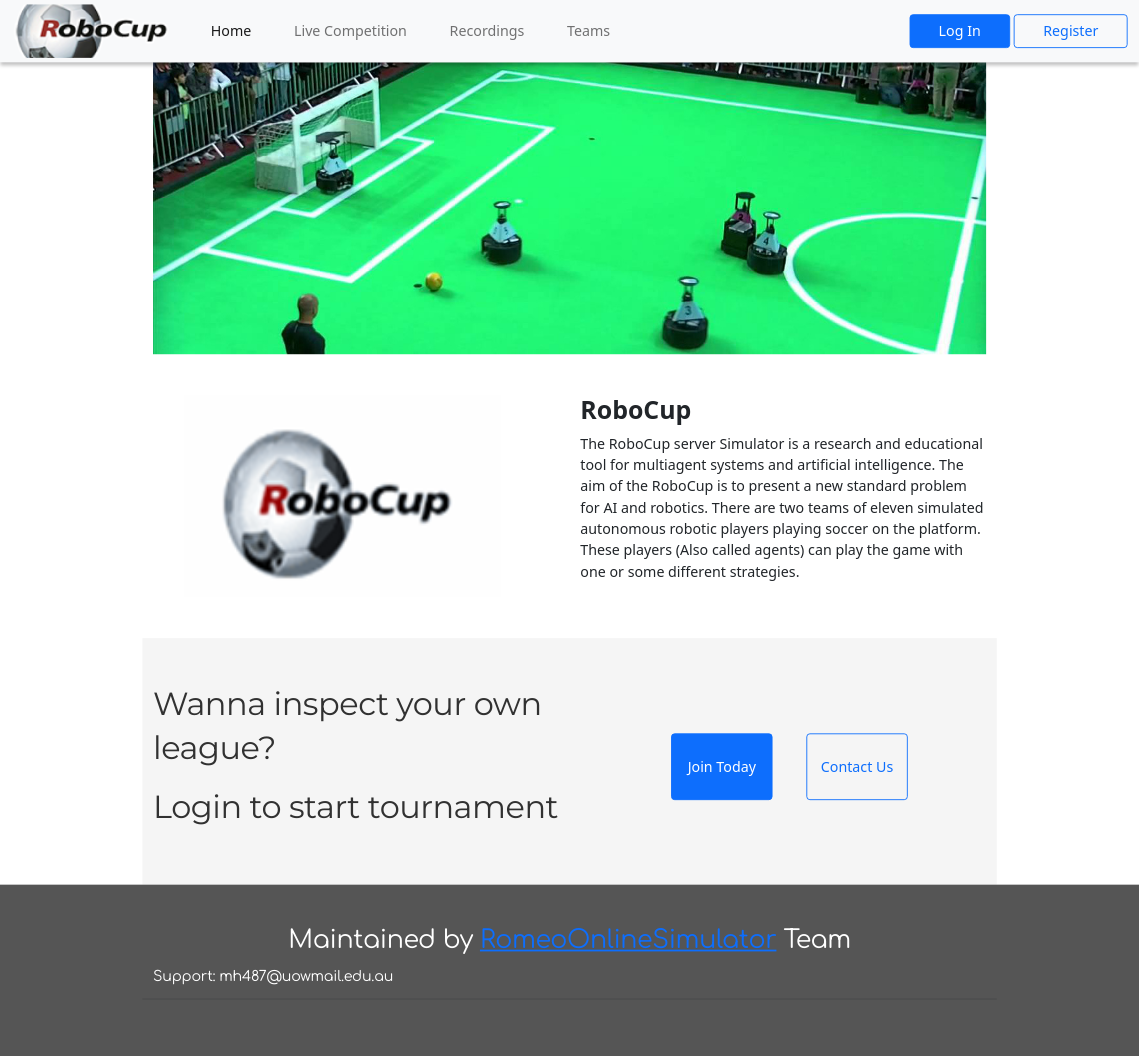
Repository: romeoonlinesim/romeoonlinesim.github.io
Page: index.html
An editor plug-in stored every save of this project. The page is shown before and after the next save, followed by the edit.
The browser window is 1280 px wide. The pictures show the whole page, at 89% of full size.

Above is the page before, as saved 2021-05-18 15:16:26.

### index.html
<!DOCTYPE html PUBLIC "-//W3C//DTD XHTML 1.0 Strict//EN"
"http://www.w3.org/TR/xhtml1/DTD/xhtml1-strict.dtd">
<html xmlns="http://www.w3.org/1999/xhtml">
<head>
<title>Robocup</title>
    <meta http-equiv="content-type" content="text/html; charset=iso-8859-1" />
    <link href="https://cdn.jsdelivr.net/npm/bootstrap@5.0.1/dist/css/bootstrap.min.css" rel="stylesheet" integrity="sha384-+0n0xVW2eSR5OomGNYDnhzAbDsOXxcvSN1TPprVMTNDbiYZCxYbOOl7+AMvyTG2x" crossorigin="anonymous">
    <link rel="stylesheet"
          href="https://fonts.googleapis.com/css?family=Montserrat">

    <link rel="stylesheet"
          href="https://fonts.googleapis.com/css?family=Comfortaa">


    <style>
        .navbar {
            padding-left:1%;
            padding-right:1%;
            padding-top: 0%;
            padding-bottom:0%;
            box-shadow: 0px 4px 4px rgba(0, 0, 0, 0.25);
        }

        .navbar-nav > li{
            padding-left:16px;
            padding-right:16px;
        }

        .navbar-right > a {
            padding-left:32px;
            padding-right:32px;
        }

        .background-img {
            max-width: 100%;
            height: auto;
        }

        /*.img {
            max-width: 50%;
            height:auto;
        }*/

        .text {
            align-items: center;
            display:grid;
            grid-row-gap: 0%;
        }

        h3 {
            font-weight: bold;
        }

        .para {
            font-family: Montserrat;
            font-style: normal;
            font-weight: normal;
            font-size: 36px;
            line-height: 50px;
            /* or 139% */

            letter-spacing: -0.015em;

            color: rgba(0, 0, 0, 0.8);
        }

        .row {
            padding-bottom: 5%;
        }

        .right {
            text-align: right;
            float: right;
        }

        .grey {
            background: #F5F5F5;
        }

        .container-fluid {
            max-width: 75%;
        }

        .footer {
            background: #555555;
        }

        .support-text {

            font-family: Comfortaa;
            font-style: normal;
            font-weight: normal;
            font-size: 28.4444px;
            line-height: 32px;

            align-items: center;
            text-align: center;
            letter-spacing: -0.015em;

            color: #FFFFFF;
        }

        .support-email {
            font-family: Comfortaa;
            font-style: normal;
            font-weight: normal;
            font-size: 16px;
            line-height: 18px;
            display: flex;
            align-items: center;
            text-align: center;
            letter-spacing: -0.015em;

            color: #FFFFFF;
        }
    </style>
</head>

<body>
    <div class="navbar navbar-expand-lg navbar-light bg-light">
        <a href="#default" class = "navbar-brand">
            <img src="img/logo.png">
        </a>
        <div class="collapse navbar-collapse" id="navbarSupportedContent">
            <ul class="navbar-nav mr-auto">
                <li class="nav-item">
                    <a class="nav-link active" href="#home">Home</a>
                </li>
                <li class="nav-item">
                    <a class="nav-link" href="#livecompetition">Live Competition</a>
                </li>
                <li class="nav-item">
                    <a class="nav-link" href="#recording">Recordings</a>
                </li>
                <li class="nav-item">
                    <a class="nav-link" href="#team">Teams</a>
                </li>
            </ul>
        </div>
        <div class="navbar-right">
            <a href="#login" class="btn btn-primary">Log In</a>
            <a href="#register" class="btn btn-outline-primary">Register</a>
        </div>
    </div>

    <div class="container-fluid">
        <div class="row">
            <img class="background-img" src="img/background.jpg">
        </div>
        <div class="row">
            <img class="img col-lg-6" src="img/robocup.png">
            <div class="text col-lg-6 ">
                <h3 class="grid-item">RoboCup</h3>
                <p class="grid-item">The RoboCup server Simulator is a research and educational tool for multiagent systems and artificial intelligence. The aim of the RoboCup is to present a new standard problem for AI and robotics. There are two teams of eleven simulated autonomous robotic players playing soccer on the platform. These players (Also called agents) can play the game with one or some different strategies. </p>
            </div>
        </div>
        <div class="row grey">
            <div class="row"></div>
            <div class="col-lg-6">
                <p class="para">Wanna inspect your own league?</p>
                <p class="para">Login to start tournament</p>
            </div>

            <div class="col-lg-6 row">
                <!--a href="#Contact" class="btn btn-outline-primary" role="button">Contact Us</a>
                <a href="#Join" class="btn btn-primary" role="button">Join Today</a-->
                <div class="row"></div>
                <div class="col-lg-3"></div>
                <button type="button" class="btn btn-primary col-lg-3">Join Today</button>
                <div class="col-lg-1"></div>
                <button type="button" class="btn btn-outline-primary col-lg-3">Contact Us</button>
            </div>
        </div>
    </div>

    <div class="footer">
        <div class="container-fluid">
            <div class="row"></div>
            <div class="row flex-row-reverse">
                <p class="support-text">Maintained by <a href="#">RomeoOnlineSimulator</a> Team</p>
                <p class="support-email ml-auto">Support: mh487@uowmail.edu.au </p>
                <hr>
            </div>

        </div>
    </div>
</body>
</html>

After the next save:
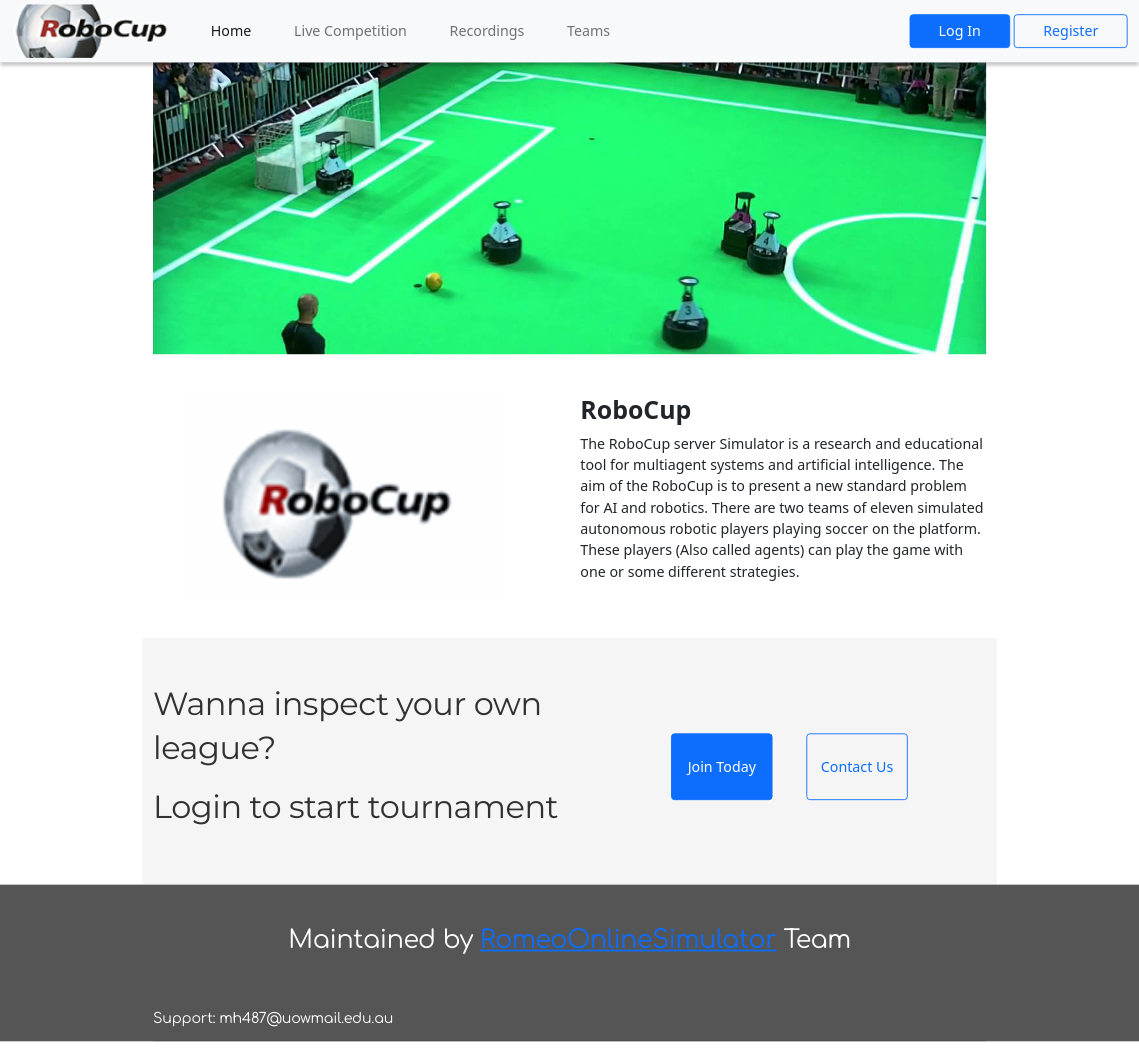
Saved 9 s later.
--- a/index.html
+++ b/index.html
@@ -178,9 +178,10 @@
             <div class="row"></div>
             <div class="row flex-row-reverse">
                 <p class="support-text">Maintained by <a href="#">RomeoOnlineSimulator</a> Team</p>
-                <p class="support-email ml-auto">Support: mh487@uowmail.edu.au </p>
+
+            </div>
+            <p class="support-email ml-auto">Support: mh487@uowmail.edu.au </p>
                 <hr>
-            </div>
 
         </div>
     </div>

After the 2 saves that followed:
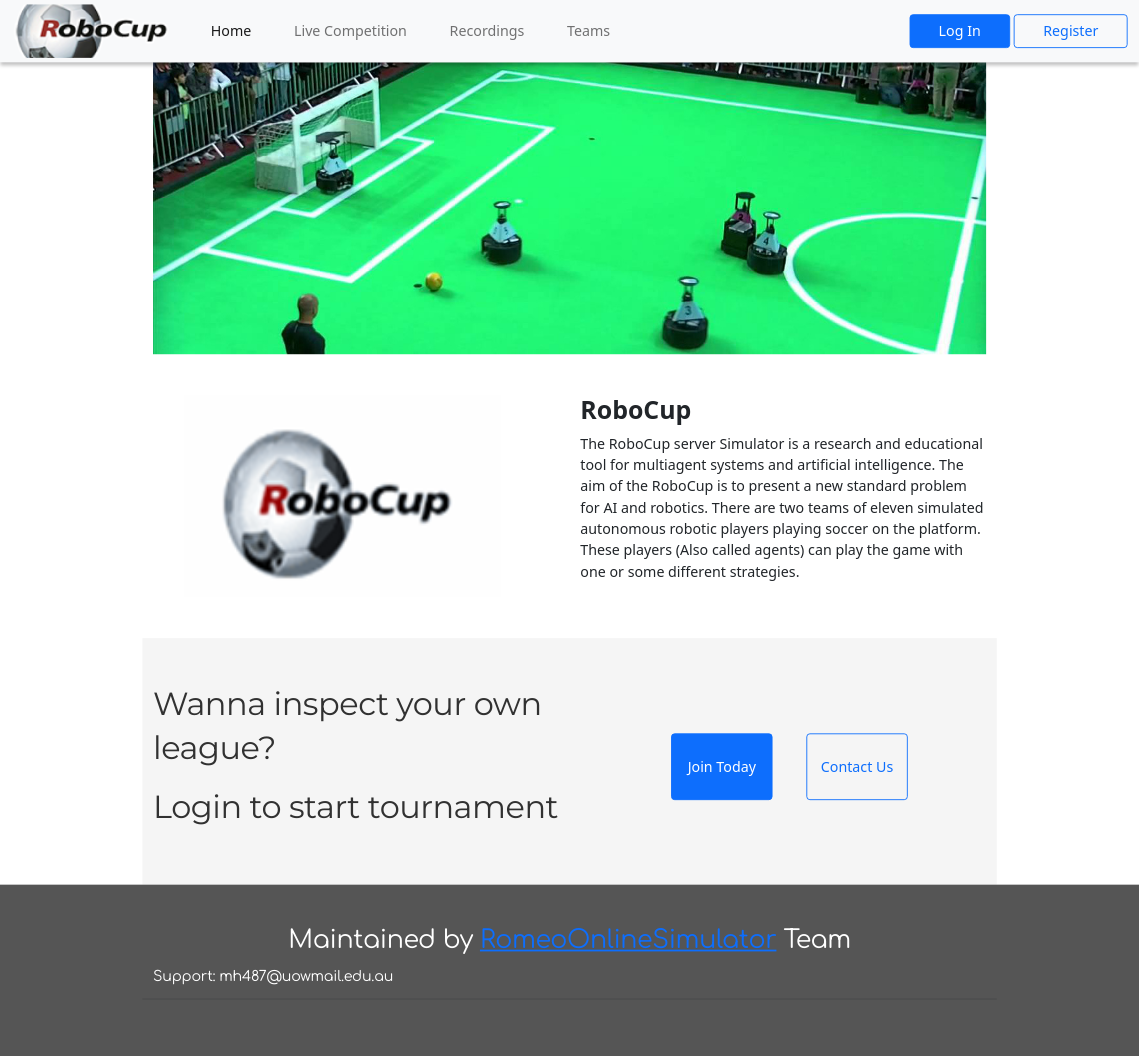
The 2 saves are shown as one change because 1 left the picture as it was.
The last was saved 26 s later.
--- a/index.html
+++ b/index.html
@@ -178,10 +178,9 @@
             <div class="row"></div>
             <div class="row flex-row-reverse">
                 <p class="support-text">Maintained by <a href="#">RomeoOnlineSimulator</a> Team</p>
-
+                <p class="support-email ml-auto">Support: mh487@uowmail.edu.au </p>
+                <hr>
             </div>
-            <p class="support-email ml-auto">Support: mh487@uowmail.edu.au </p>
-                <hr>
 
         </div>
     </div>
